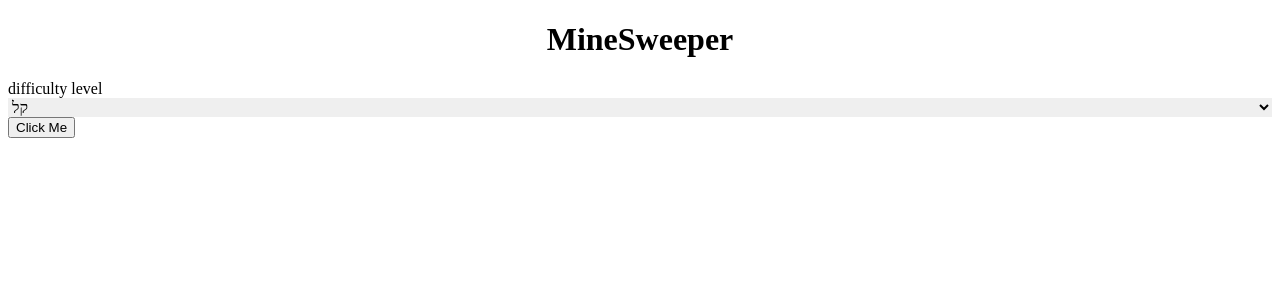
Repository: issaRan/MineSweeper
Page: html/index.html
An editor plug-in stored every save of this project. The page is shown before and after the next save, followed by the edit.
The browser window is 1280 px wide. The pictures show the whole page.

Above is the page before, as saved 2020-10-20 15:46:09.

### html/index.html
<!DOCTYPE html>
<html lang="en">
<head>
    <meta charset="UTF-8">
    <meta name="viewport" content="width=device-width, initial-scale=1.0">
    <title>MineSweeper</title>
    <link rel="stylesheet" href="../css/styles.css">
    <script src="../js/index.js"></script>
</head>
<body>
    <h1>MineSweeper</h1>
    <label for="cars">difficulty level</label>
    <select id="cars">
    <option value="volvo">קל</option>
    <option value="saab">בינוני</option>
    <option value="opel">קשה</option>
    </select>
    <button onclick="myFunction()">Click Me</button>
</body>
</html>

### css/styles.css
h1{
    text-align: center;
}
select {
    // A reset of styles, including removing the default dropdown arrow
    appearance: none;
    // Additional resets for further consistency
    background-color: transparent;
    border: none;
    padding: 0 1em 0 0;
    margin: 0;
    width: 100%;
    font-family: inherit;
    font-size: inherit;
    cursor: inherit;
    line-height: inherit;
  }

### js/index.js
function myFunction(){
    alert("bUGA")
}

After the next save:
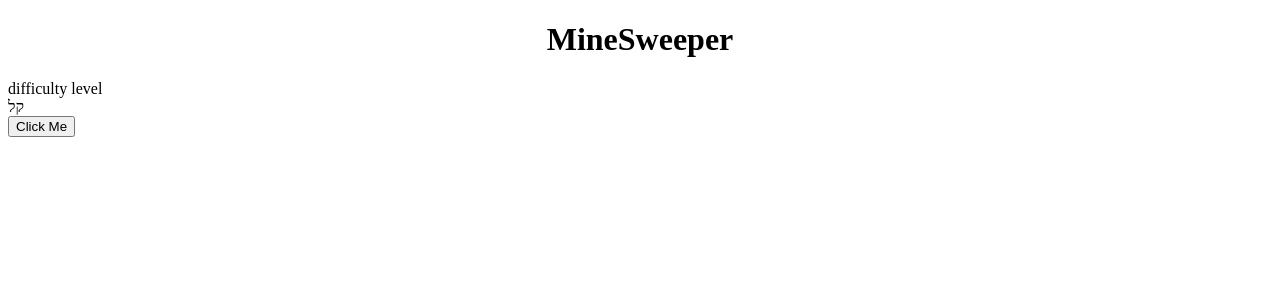
Saved 21 s later.
--- a/css/styles.css
+++ b/css/styles.css
@@ -2,9 +2,7 @@ h1{
     text-align: center;
 }
 select {
-    // A reset of styles, including removing the default dropdown arrow
     appearance: none;
-    // Additional resets for further consistency
     background-color: transparent;
     border: none;
     padding: 0 1em 0 0;
